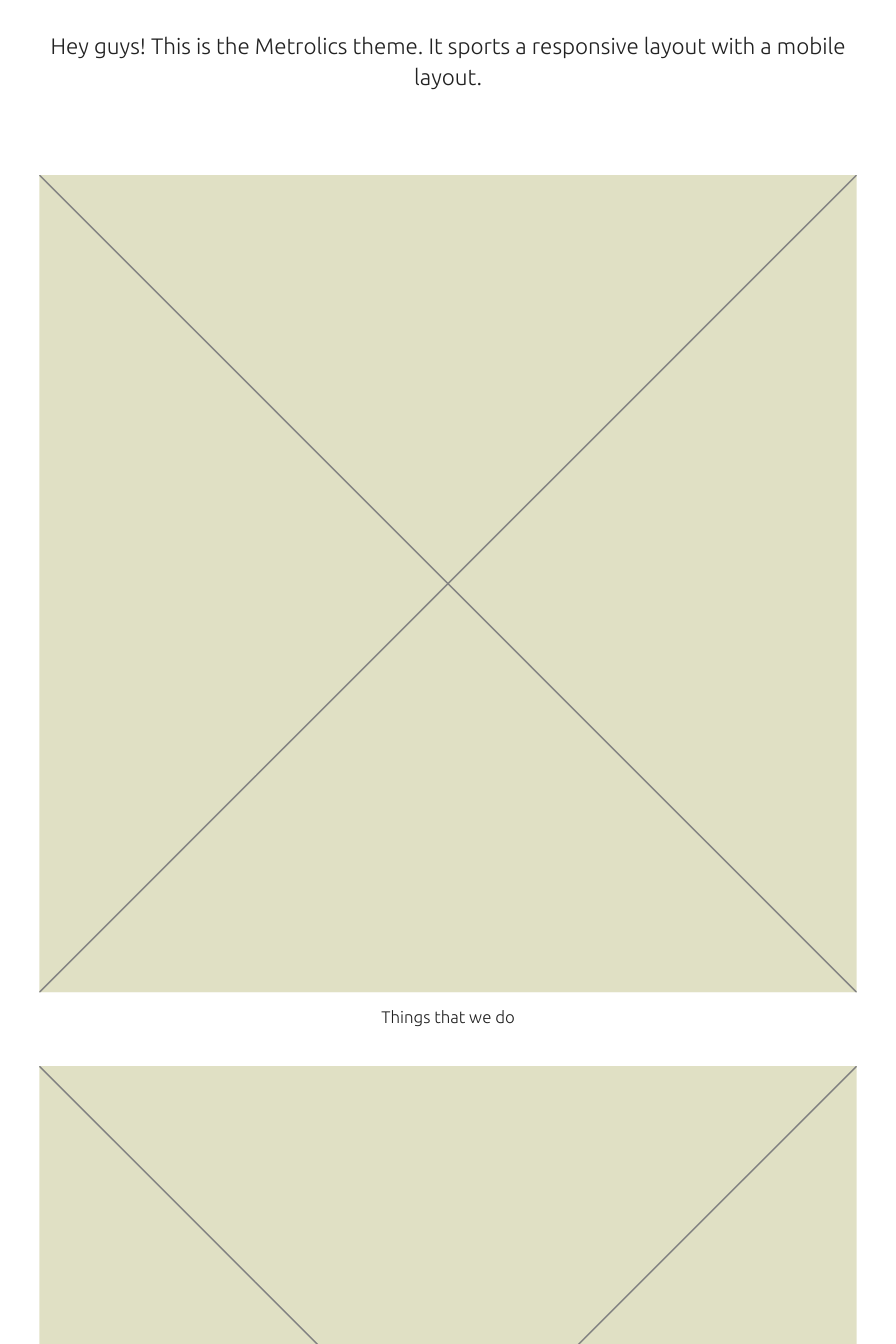
Repository: lpcmendoza/LAB02BF_Group9
Page: index.html
An editor plug-in stored every save of this project. The page is shown before and after the next save, followed by the edit.
The browser window is 1280 px wide. The pictures show the part of the page from y = 1537 to 3457 px (the page is 21428 px tall before and 15645 px after), at 70% of full size.

Above is the page before, as saved 2024-02-11 22:37:57.

### index.html
<!doctype html>
<html class="no-js" lang="en">

<head>
  <meta charset="utf-8">
  <meta name="viewport" content="width=device-width, initial-scale=1">
  <title>Metrolics</title>
  <link rel="stylesheet" href="css/style.css">
  <meta name="description" content="Group Blog">

  <meta property="og:title" content="Metrolics">
  <meta property="og:type" content="website">
  <meta property="og:url" content="">
  <meta property="og:image" content="">

  <link rel="icon" href="/favicon.ico" sizes="any">
  <link rel="icon" href="/icon.svg" type="image/svg+xml">
  <link rel="apple-touch-icon" href="icon.png">
  <link rel="preconnect" href="https://fonts.googleapis.com">
  <link rel="preconnect" href="https://fonts.gstatic.com" crossorigin>
  <link href="https://fonts.googleapis.com/css2?family=Ubuntu:ital,wght@0,300;0,400;0,500;1,300&display=swap" rel="stylesheet">
  <link rel="preconnect" href="https://fonts.googleapis.com">
  <link rel="preconnect" href="https://fonts.gstatic.com" crossorigin>
  <link href="https://fonts.googleapis.com/css2?family=Open+Sans:wght@400;700&display=swap" rel="stylesheet">

  <link rel="manifest" href="site.webmanifest">
  <meta name="theme-color" content="#fafafa">
</head>

<body>

  <header class="page-header page-header-home">
    <div class="inner-container">
      <div class="content-container">
        <h1>Metrolics</h1>
      </div>
      <div class="content-container">
        <button class="navigation-button">Home</button>
        <button class="navigation-button">Pages</button>
        <button class="navigation-button">Portfolio</button>
        <button class="navigation-button">Blog</button>
        <button class="navigation-button">E-mail</button>
      </div>
    </div>
  </header>

  <div class="section section-image">
    <div class="inner-container">
      <div class="content-container">
        <img src="img/placeholder.svg" alt="placeholder image">
      </div>
    </div>
  </div>

  <div class="section section-title">
    <div class="inner-container">
      <div class="content-container">
        <h1>Hey guys! This is the Metrolics theme. It sports a responsive layout with a mobile layout.</h1>
      </div>
    </div>
  </div>

  <div class="section section-ourthings">
    <div class="inner-container">
      <div class="content-container">
        <img src="img/placeholder.svg" alt="placeholder image">
        <h2>Things that we do</h2>
      </div>
      <div class="content-container">
        <img src="img/placeholder.svg" alt="placeholder image">
        <h3>Web Solutions</h3>
      </div>
      <div class="content-container">
        <img src="img/placeholder.svg" alt="placeholder image">
        <h3>Photography</h3>
      </div>
      <div class="content-container">
        <img src="img/placeholder.svg" alt="placeholder image">
        <h3>Web Development</h3>
      </div>
      <div class="content-container">
        <img src="img/placeholder.svg" alt="placeholder image">
        <h3>Web Design</h3>
      </div>
    </div>
  </div>

  <div class="section section-news">
    <div class="inner-container">
      <div class="content-container">
        <h2>What's up lately?</h2>
      </div>
      <div class="content-container">
        <img src="img/placeholder.svg" alt="placeholder image">
      </div>
      <div class="content-container">
        <img src="img/placeholder.svg" alt="placeholder image">
      </div>
      <div class="content-container">
        <img src="img/placeholder.svg" alt="placeholder image">
      </div>
    </div>
  </div>

  <div class="section section-projects">
    <div class="inner-container">
      <div class="content-container">
        <h2>Our latest projects</h2>
      </div>
      <div class="content-container">
        <img src="img/placeholder.svg" alt="placeholder image">
      </div>
      <div class="content-container">
        <img src="img/placeholder.svg" alt="placeholder image">
      </div>
      <div class="content-container">
        <img src="img/placeholder.svg" alt="placeholder image">
      </div>
      <div class="content-container">
        <img src="img/placeholder.svg" alt="placeholder image">
      </div>
      <div class="content-container">
        <img src="img/placeholder.svg" alt="placeholder image">
      </div>
      <div class="content-container">
        <img src="img/placeholder.svg" alt="placeholder image">
      </div>
    </div>
  </div>

  <div class="section section-things">
    <div class="inner-container">
      <div class="content-container">
        <h2>Things of above</h2>
      </div>
      <div class="content-container">
        <p>content</p>
      </div>
      <div class="content-container">
        <p>content</p>
      </div>
    </div>
  </div>

  <div class="section section-clients">
    <div class="inner-container">
      <div class="content-container">
        <p>client</p>
      </div>
      <div class="content-container">
        <p>client</p>
      </div>
      <div class="content-container">
        <p>client</p>
      </div>
      <div class="content-container">
        <p>client</p>
      </div>
      <div class="content-container">
        <p>client</p>
      </div>
    </div>
  </div>

  <script src="js/app.js"></script>

</body>
<footer>
  <div class="page-footer page-footer-home">
    <div class="inner-container">
      <div class="content-container content-container-description">
        <img src="/img/peewee.png" class="img-peewee">
        <h2 class="description-header">Peewee Herman</h2>
        <p class="description-text">Peewee has over 10 years experience in the industry. He is our Creative Director, digital designer, web designer and front-end developer. He is also pretty good with a sketchbook. Before starting the company Peewee worked as a designer and studio manager for a design house who boasted a number of big name clients.</p>
      </div>
      <div class="content-container content-container-social-icons">
        <img src="/img/btn-facebook.png" class="btn-icons">
        <img src="/img/btn-google+.png" class="btn-icons">
        <img src="/img/btn-twitter.png" class="btn-icons">
        <img src="/img/btn-instagram.png" class="btn-icons">
        <img src="/img/btn-rss.png" class="btn-icons">
      </div>
      <div class="content-container content-container-tweets-header">
        <h3 class="tweet-header">Recent Tweets</h3>
      </div>
      <div class="content-container content-container-tweets">
          <img src="/img/icon-tweet.png" class="tweet-icon">
          <p class="tweet-text"><a class="tweet-link">@Minions</a> - ipsum potatoooo potatoooo uuuhhh. <br>
            Chasy poulet tikka masala jiji wiiiii hahaha po kass. </p>
      </div>
      <div class="content-container content-container-tweets">
        <img src="/img/icon-tweet.png" class="tweet-icon">
          <p class="tweet-text"><a class="tweet-link">@Minions</a> - ipsum potatoooo potatoooo uuuhhh. <br>
            Chasy poulet tikka masala jiji wiiiii hahaha po kass. </p>
      </div>
      <div class="bottom-border">

      </div>
    </div>
  </div>
</footer>

</html>

### css/style.css
/* ==========================================================================
    [Table of contents]

    1. BASE
        1.1 Page Rendering Defaults
        1.2 Core Styling
        1.3 Typography
    2. LAYOUT
        2.1 Core Layout
        2.2 Small only
        2.3 medium and up
        2.4 Medium only
        2.5 large screens and up
        2.6 Large only
    3. MODULES
    4. STATES
    5. THEME
    6. UTILITY classes
    7. PRINT

    refer to http://smacss.com/
    ========================================================================== */


/* ==========================================================================
   BASE
   ========================================================================== */


/* 1.1 Page Rendering Defaults */

html {
  color: #222;
  font-size: 1em;
  line-height: 1.4;
}

/*
* Remove text-shadow in selection highlight:
* https://twitter.com/miketaylr/status/12228805301
*
* Customize the background color to match your design.
*/

::-moz-selection {
background: #b3d4fc;
text-shadow: none;
}

::selection {
background: #b3d4fc;
text-shadow: none;
}

/*
* A better looking default horizontal rule
*/

hr {
display: block;
height: 1px;
border: 0;
border-top: 1px solid #ccc;
margin: 1em 0;
padding: 0;
}

/*
* Remove the gap between audio, canvas, iframes,
* images, videos and the bottom of their containers:
* https://github.com/h5bp/html5-boilerplate/issues/440
*/

audio,
canvas,
iframe,
img,
svg,
video {
vertical-align: middle;
}

/*
* Remove default fieldset styles.
*/

fieldset {
border: 0;
margin: 0;
padding: 0;
}

/*
* Allow only vertical resizing of textareas.
*/

textarea {
resize: vertical;
}

/* 1.2 Core Styling */

/* refer to https://css-tricks.com/box-sizing/ */
*,
*:before,
*:after {
  box-sizing: border-box;
}

img {
  width: 100%;
}

.img-peewee {
  grid-column-start: 1;
  grid-column-end: 2;
  vertical-align: center;
}

.content-container-description {
  display: grid;
  grid-template-columns: repeat(2, 1fr);
  grid-template-rows: 1fr;
  column-gap: 1em;
}

.description-header {
  grid-column-start: 2;
  grid-column-end: 3;
  color: #fff;
  text-align: left;
  font-family: 'Ubuntu', sans-serif;
  font-size: 12pt;
}

.description-text {
  color: #fff;
  font-size: 8pt;
  font-family: 'Ubuntu', sans-serif;
  font-style: italic;
  font-weight: light;
  grid-column-start: 2;
  grid-column-end: 3;
  margin-top: -8em;
  overflow: hidden;
  -webkit-box-orient: vertical;
 -webkit-line-clamp: 10;
 display: -webkit-box;
}

.content-container-social-icons {
  display: flex;
  justify-content: center;
  gap: 3pt;
}

.btn-icons {
  width: 20%;
  height: 20%;
}

.content-container-tweets-header {
  border-bottom: #de6262 1px solid;
  width: 75%;
  padding: 0;
  display: flex;
  justify-content: left;
}

.tweet-header {
  color: #fff;
  font-family: 'Ubuntu', sans-serif;
  font-size: 12pt;
  margin-bottom: 0;
}

.content-container-tweets {
  display: flex;
  justify-content: left;
  flex-direction: row;
  padding: 0;
  padding-top: 1em;
  gap: 1em;
}

.tweet-icon {
  width: 10%;
  height: 10%;
}

.tweet-text {
  color: #fff;
  font-size: 8pt;
  margin-top: 0;
}

.tweet-link {
  color: #1bade6;
  font-weight: bold;
}

.bottom-border {
  width: 100%;
  background-image: linear-gradient(90deg, rgba(22,36,47,1) 0%, rgba(22,36,47,1) 25%, rgba(37,195,137,1) 25%, rgba(37,195,137,1) 35%, rgba(255,185,1,1) 35%, rgba(255,185,1,1) 45%, rgba(222,98,98,1) 45%, rgba(222,98,98,1) 55%, rgba(22,145,189,1) 55%, rgba(22,145,189,1)  65%, rgba(22,107,162,1) 65%, rgba(22,107,162,1) 75%, rgba(22,36,47,1) 75%, rgba(22,36,47,1) 100%);
  margin-bottom: -3em;
  margin-top: 5em;
}

/* 1.3 Typgraphy */

h1,
h2,
h3,
h4,
h5,
h6 {
  font-family: Ubuntu, sans-serif;
  font-weight: 300;
  text-align: center;
}

p {
  font-family: 'Open Sans', Arial, Helvetica, sans-serif;
}


/* ==========================================================================
 2. LAYOUT
 ========================================================================== */


/* Helper to display empty layout containers*/

div,
main,
section,
footer,
header {
  min-height: 1rem;
  padding: 1rem;
}


/* 2.1 Core layout */

.row {
  display: grid;
  row-gap: 1rem;
}

.col {
  position: relative;
  background-color: rgb(242, 230, 177);
}


/* ==========================================================================
 EXAMPLE Media Queries for Responsive Design.
 These examples override the primary ('mobile first') styles.
 Modify as content requires.
 Taken from https://get.foundation/sites/docs-v5/media-queries.html
 (the latest version is adjusted and no longer matches the ones used below)
 ========================================================================== */


/* 2.2 Small only */

@media screen and (max-width: 39.9375em) {
  .s-hide {
      display: none;
  }

  .what-we-do-container-header {
    align-content: center;
    text-align: center;
  }

  .icons {
      max-width: 5em;
      max-height: 5em;
      float: left;
      margin-right: 1em;
  }

  h3 {
      text-align: left;
      margin: 0;
      font-weight: bold;
  }

  .what-we-do-container-body {
      text-align: left;
  }

  .what-we-do-container-body p {
    margin-left: 6em;
}
}


/* 2.3 medium and up */

@media screen and (min-width: 40em) {
  .row {
      max-width: 70rem;
      column-gap: 1.5rem;
      row-gap: 1.5rem;
      margin: 0 auto;
  }
  .grid {
      display: grid;
      column-gap: 0.5rem;
      row-gap: 0.5rem;
  }
  .m-col-2 {
      grid-template-columns: 1fr 1fr;
  }
  .m-col-3 {
      grid-template-columns: repeat(3, 1fr);
  }
  .m-col-4 {
      grid-template-columns: repeat(4, 1fr);
  }
  .m-col-5 {
      grid-template-columns: repeat(5, 1fr);
  }
  .m-1-2 {
      grid-template-columns: 1fr 2fr;
  }

  .what-we-do-content {
    display: grid;
    grid-template-columns: 1fr 1fr;
    grid-gap: 1rem;
  }

  .icons {
    max-width: 10em;
    max-height: 10em;
    display: block;
    margin-left: auto;
    margin-right: auto;
    width: 50%;
}

  .what-we-do-container-header {
    align-content: center;
    text-align: center;
  }


  .what-we-do-container-body p {
    text-align: center;
  }

  .what-we-do-container-body h3 {
    text-align: center;
    font-weight: bold;
  }

}


/* 2.4 Medium only */

@media screen and (min-width: 40em) and (max-width: 63.9375em) {
  .m-row-span {
      grid-column-start: 1;
      grid-column-end: -1;
  }
  .m-hide {
      display: none;
  }
}


/* 2.5 large screens and up 2.6 Large only */

@media screen and (min-width: 64em) {
  .l-col-2 {
      grid-template-columns: 1fr 1fr;
  }
  .l-col-3 {
      grid-template-columns: repeat(3, 1fr);
  }
  .l-col-4 {
      grid-template-columns: repeat(4, 1fr);
  }
  .l-col-5 {
      grid-template-columns: repeat(5, 1fr);
  }
  .l-col-6 {
      grid-template-columns: repeat(6, 1fr);
  }
  .l-row-span {
      grid-column-start: 1;
      grid-column-end: -1;
  }
  .l-hide {
      display: none;
  }


  .what-we-do-content {
    display: grid;
    grid-template-columns: 1fr 1fr 1fr 1fr;
    grid-gap: 1rem;
  }

  .icons {
    max-width: 10em;
    max-height: 10em;
    display: block;
    margin-left: auto;
    margin-right: auto;
    width: 50%;
}

  .what-we-do-container-header {
    align-content: center;
    text-align: center;
  }


  .what-we-do-container-body p {
    text-align: center;
  }

  .what-we-do-container-body h3 {
    text-align: center;
    font-weight: bold;
  }

}


/* ==========================================================================
 2. MODULES
 ========================================================================== */


/* ==========================================================================
 2. STATES
 ========================================================================== */


/* ==========================================================================
 2. THEME
 ========================================================================== */

footer {
  background-color: #16242f;
}

/* ==========================================================================
 6. UTILITY classes
 ========================================================================== */
/*
* Hide visually and from screen readers
*/

.hidden,
[hidden] {
display: none !important;
}

/*
* Hide only visually, but have it available for screen readers:
* https://snook.ca/archives/html_and_css/hiding-content-for-accessibility
*
* 1. For long content, line feeds are not interpreted as spaces and small width
*    causes content to wrap 1 word per line:
*    https://medium.com/@jessebeach/beware-smushed-off-screen-accessible-text-5952a4c2cbfe
*/

.visually-hidden {
border: 0;
clip: rect(0, 0, 0, 0);
height: 1px;
margin: -1px;
overflow: hidden;
padding: 0;
position: absolute;
white-space: nowrap;
width: 1px;
/* 1 */
}

/*
* Extends the .visually-hidden class to allow the element
* to be focusable when navigated to via the keyboard:
* https://www.drupal.org/node/897638
*/

.visually-hidden.focusable:active,
.visually-hidden.focusable:focus {
clip: auto;
height: auto;
margin: 0;
overflow: visible;
position: static;
white-space: inherit;
width: auto;
}

/*
* Hide visually and from screen readers, but maintain layout
*/

.invisible {
visibility: hidden;
}

/*
* Clearfix: contain floats
*
* The use of `table` rather than `block` is only necessary if using
* `::before` to contain the top-margins of child elements.
*/

.clearfix::before,
.clearfix::after {
content: "";
display: table;
}

.clearfix::after {
clear: both;
}

@media print,
(-webkit-min-device-pixel-ratio: 1.25),
(min-resolution: 1.25dppx),
(min-resolution: 120dpi) {
/* Style adjustments for high resolution devices */
}

/* ==========================================================================
 Print styles.
 Inlined to avoid the additional HTTP request:
 https://www.phpied.com/delay-loading-your-print-css/
 ========================================================================== */

@media print {
*,
*::before,
*::after {
  background: #fff !important;
  color: #000 !important;
  /* Black prints faster */
  box-shadow: none !important;
  text-shadow: none !important;
}

a,
a:visited {
  text-decoration: underline;
}

a[href]::after {
  content: " (" attr(href) ")";
}

abbr[title]::after {
  content: " (" attr(title) ")";
}

/*
 * Don't show links that are fragment identifiers,
 * or use the `javascript:` pseudo protocol
 */
a[href^="#"]::after,
a[href^="javascript:"]::after {
  content: "";
}

pre {
  white-space: pre-wrap !important;
}

pre,
blockquote {
  border: 1px solid #999;
  page-break-inside: avoid;
}

tr,
img {
  page-break-inside: avoid;
}

p,
h2,
h3 {
  orphans: 3;
  widows: 3;
}

h2,
h3 {
  page-break-after: avoid;
}
}

Loaded but not shown: js/app.js (no stored copy; drawn as an empty file)

After the next save:
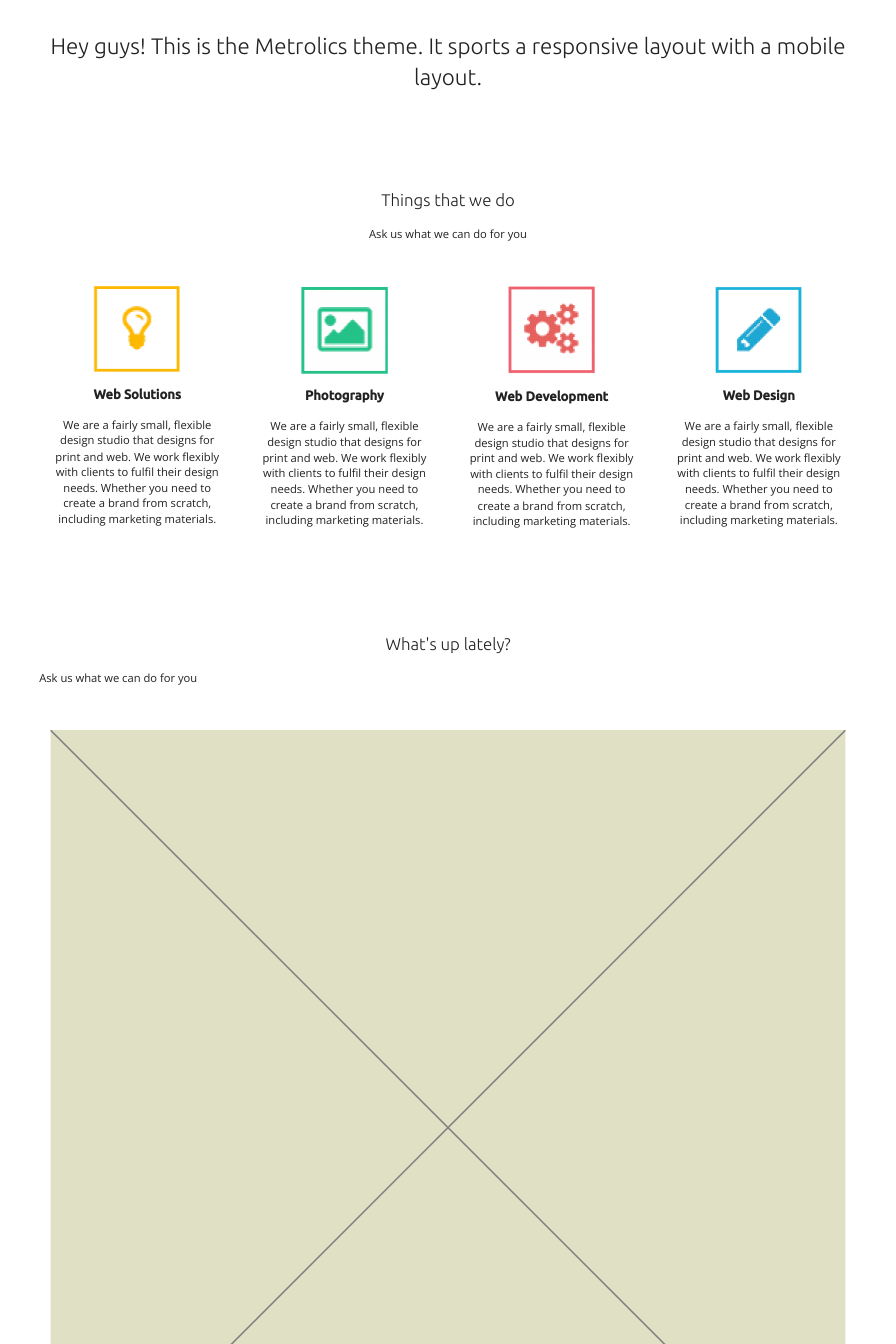
Saved 118 s later.
--- a/index.html
+++ b/index.html
@@ -62,25 +62,31 @@
 
   <div class="section section-ourthings">
     <div class="inner-container">
-      <div class="content-container">
-        <img src="img/placeholder.svg" alt="placeholder image">
+      <div class="what-we-do-container-header">
         <h2>Things that we do</h2>
-      </div>
-      <div class="content-container">
-        <img src="img/placeholder.svg" alt="placeholder image">
-        <h3>Web Solutions</h3>
-      </div>
-      <div class="content-container">
-        <img src="img/placeholder.svg" alt="placeholder image">
-        <h3>Photography</h3>
-      </div>
-      <div class="content-container">
-        <img src="img/placeholder.svg" alt="placeholder image">
-        <h3>Web Development</h3>
-      </div>
-      <div class="content-container">
-        <img src="img/placeholder.svg" alt="placeholder image">
-        <h3>Web Design</h3>
+        <p>Ask us what we can do for you</p>
+      </div>
+      <div class="what-we-do-content">
+        <div class="what-we-do-container-body">
+          <img class="icons" src="img/icon-web-solutions.png" alt="Web Solutions Icon">
+          <h3>Web Solutions</h3>
+          <p>We are a fairly small, flexible design studio that designs for print and web. We work flexibly with clients to fulfil their design needs. Whether you need to create a brand from scratch, including marketing materials.</p>
+        </div>
+        <div class="what-we-do-container-body">
+          <img class="icons" src="img/icon-photography.png" alt="Photography Icon">
+          <h3>Photography</h3>
+          <p>We are a fairly small, flexible design studio that designs for print and web. We work flexibly with clients to fulfil their design needs. Whether you need to create a brand from scratch, including marketing materials.</p>
+        </div>
+        <div class="what-we-do-container-body">
+          <img class="icons" src="img/icon-web-development.png" alt="Web Development Icon">
+          <h3>Web Development</h3>
+          <p>We are a fairly small, flexible design studio that designs for print and web. We work flexibly with clients to fulfil their design needs. Whether you need to create a brand from scratch, including marketing materials.</p>
+        </div>
+        <div class="what-we-do-container-body">
+          <img class="icons" src="img/icon-web-design.png" alt="Web Design Icon">
+          <h3>Web Design</h3>
+          <p>We are a fairly small, flexible design studio that designs for print and web. We work flexibly with clients to fulfil their design needs. Whether you need to create a brand from scratch, including marketing materials.</p>
+        </div>
       </div>
     </div>
   </div>
@@ -89,15 +95,18 @@
     <div class="inner-container">
       <div class="content-container">
         <h2>What's up lately?</h2>
-      </div>
-      <div class="content-container">
-        <img src="img/placeholder.svg" alt="placeholder image">
-      </div>
-      <div class="content-container">
-        <img src="img/placeholder.svg" alt="placeholder image">
-      </div>
-      <div class="content-container">
-        <img src="img/placeholder.svg" alt="placeholder image">
+        <p>Ask us what we can do for you</p>
+      </div>
+      <div class="whats-new-content">
+        <div class="content-container">
+          <img src="img/placeholder.svg" alt="placeholder image">
+        </div>
+        <div class="content-container">
+          <img src="img/placeholder.svg" alt="placeholder image">
+        </div>
+        <div class="content-container">
+          <img src="img/placeholder.svg" alt="placeholder image">
+        </div>
       </div>
     </div>
   </div>
